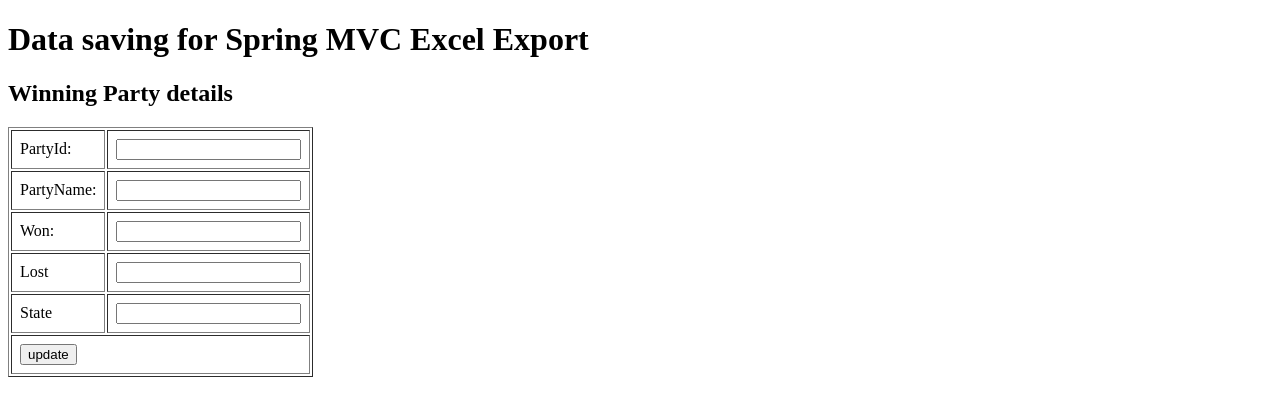
Repository: vitthaljambagi/Hackathon
Page: http://localhost/hackathonxworkz/view/Hackathon.jsp
These files come from the project's save history. The page is drawn as it stood at one moment and after the next save; the edit follows.
The browser window is 1280 px wide. The pictures show the whole page.
The page is served by Tomcat 9. Other server files are loaded and not shown.

Above is the page before, as saved 2019-05-24 07:21:00.

### hackathonxworkz/WebContent/view/Hackathon.jsp
<%@ page language="java" contentType="text/html; charset=ISO-8859-1"
    pageEncoding="ISO-8859-1"%>
<!DOCTYPE html PUBLIC "-//W3C//DTD HTML 4.01 Transitional//EN" "http://www.w3.org/TR/html4/loose.dtd">
<html>
<head>
<meta http-equiv="Content-Type" content="text/html; charset=ISO-8859-1">
<title>Welcom to Hackathon</title>
</head>
<body>
<form action="" method="post"></form>
<h1>Data saving for Spring MVC Excel Export</h1>

	<h2>Winning Party details </h2>

	<table border="1px" cellpadding="8px">
		<tr>
			<td>PartyId:</td>
			<td><input type="text" name="partyId"></td>
		</tr>
		<tr>
			<td>PartyName:</td>
			<td><input type="text" name="partyName"></td>
		</tr>
		<tr>
			<td>Won:</td>
			<td><input type="text" name="won"></td>
		</tr>
		<tr>
			<td>Lost</td>
			<td><input type="text" name="lost"></td>
		</tr>
			<td>State</td>
			<td><input type="text" name="state"></td>
		</tr>
		<tr>
			<td colspan="2"><input type="submit" value="update"></td>
		</tr>
	</table>
</body>
</html>

After the next save:
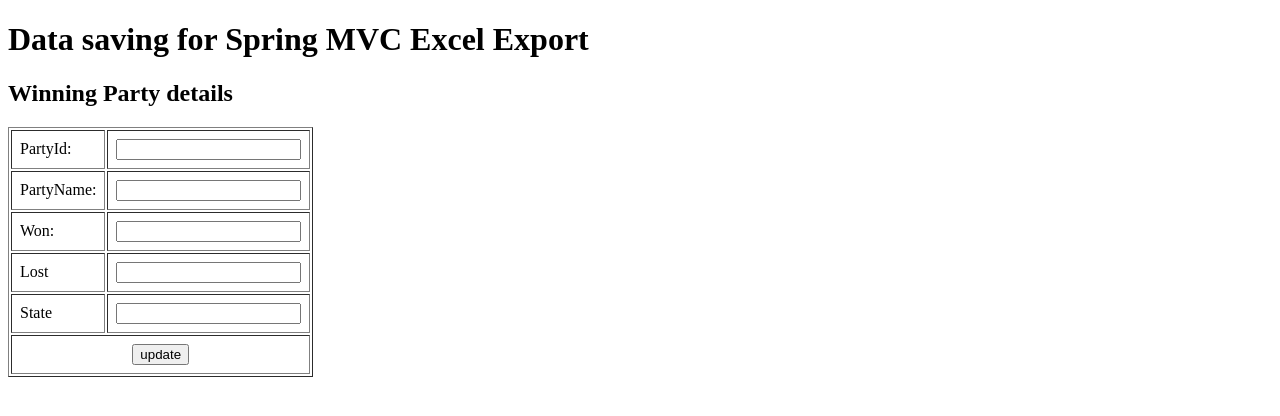
Saved 28 s later.
--- a/hackathonxworkz/WebContent/view/Hackathon.jsp
+++ b/hackathonxworkz/WebContent/view/Hackathon.jsp
@@ -33,7 +33,7 @@
 			<td><input type="text" name="state"></td>
 		</tr>
 		<tr>
-			<td colspan="2"><input type="submit" value="update"></td>
+			<td colspan="2" align="center"><input type="submit" value="update"></td>
 		</tr>
 	</table>
 </body>
